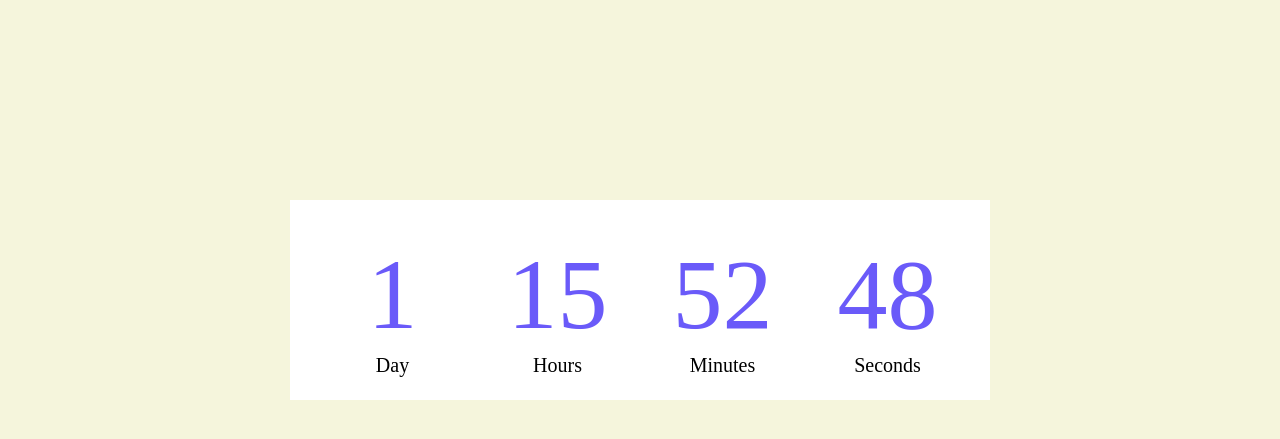
Repository: tienbkvn0605/counddown-demo
Page: index.html
These files come from the project's save history. The page is drawn as it stood at one moment and after the next save; the edit follows.
The browser window is 1280 px wide. The pictures show the whole page.

Above is the page before, as saved 2022-10-05 00:11:05.

### index.html
<!DOCTYPE html>
<html lang="en">
  <head>
    <meta charset="UTF-8" />
    <meta http-equiv="X-UA-Compatible" content="IE=edge" />
    <meta name="viewport" content="width=device-width, initial-scale=1.0" />
    <link rel="stylesheet" href="resetcss.css" />
    <link rel="stylesheet" href="style.css" />
    <title>Document</title>
  </head>
  <body>
    <ul class="countdown">
      <li>
        <span class="number days">0</span>
        <span class="text">Day</span>
      </li>
      <li>
        <span class="number hours">0</span>
        <span class="text">Hours</span>
      </li>
      <li>
        <span class="number minutes">0</span>
        <span class="text">Minutes</span>
      </li>
      <li>
        <span class="number seconds">0</span>
        <span class="text">Seconds</span>
      </li>
    </ul>
  </body>
  <script src="app.js"></script>
</html>

### resetcss.css
*,
*::before,
*::after {
  box-sizing: border-box;
}
* {
  margin: 0;
  padding: 0;
  font: inherit;
}
body {
  line-height: 1.5;
}
img,
picture,
video,
canvas,
svg {
  display: block;
  max-width: 100%;
}
input,
button,
textarea,
select {
  outline: none;
}
p,
h1,
h2,
h3,
h4,
h5,
h6 {
  overflow-wrap: break-word;
}

### style.css
body {
  background-color: beige;
}
ul {
  list-style: none;
}
.countdown {
  width: 700px;
  height: 200px;
  margin: 200px auto;
  background-color: white;
  display: grid;
  grid-template-columns: repeat(4, 1fr);
  padding: 20px;
}
.countdown li {
  display: flex;
  align-items: center;
  flex-direction: column;
}
.number {
  font-size: 100px;
  color: #6a5af9;
  margin-bottom: -20px;
}
.text {
  font-size: 20px;
}

### app.js
window.addEventListener("load", function () {
  const daysTimer = document.querySelector(".days");
  const hoursTimer = document.querySelector(".hours");
  const minutesTimer = document.querySelector(".minutes");
  const secondsTimer = document.querySelector(".seconds");

  //Tue Oct 06 2022 23:33:35 GMT+0900 (Japan Standard Time)

  function countDown(date) {
    let day, hour, minute, second;
    const now = new Date();
    const startDate = now.getTime();
    const endDate = new Date(date).getTime();
    let timeRemaning = parseInt((endDate - startDate) / 1000); //miliseconds to seconds
    if (timeRemaning > 0) {
      // 1 day = 24 * 60 * 60 = 86400 seconds
      day = parseInt(timeRemaning / 86400);
      timeRemaning = timeRemaning % 86400;
      //1 hour = 60 * 60
      hour = parseInt(timeRemaning / 3600);
      timeRemaning = timeRemaning % 3600;
      minute = parseInt(timeRemaning / 60);
      timeRemaning = timeRemaning % 60;
      second = parseInt(timeRemaning);
      daysTimer.textContent = day;
      hoursTimer.textContent = hour;
      minutesTimer.textContent = minute;
      secondsTimer.textContent = `0${second}`.slice(-2);
    } else {
      return;
    }
  }
  setInterval(function () {
    countDown("Wed Oct 07 2022 00:08:58 GMT+0900 (Japan Standard Time)");
  }, 1000);
});

After the next save:
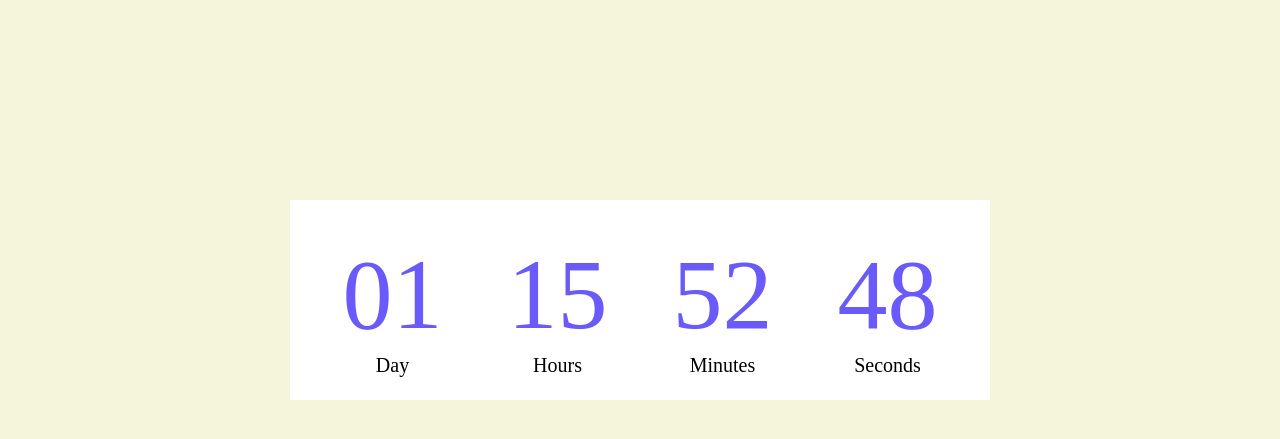
Saved 70 s later.
--- a/app.js
+++ b/app.js
@@ -22,9 +22,9 @@ window.addEventListener("load", function () {
       minute = parseInt(timeRemaning / 60);
       timeRemaning = timeRemaning % 60;
       second = parseInt(timeRemaning);
-      daysTimer.textContent = day;
-      hoursTimer.textContent = hour;
-      minutesTimer.textContent = minute;
+      daysTimer.textContent = `0${day}`.slice(-2);
+      hoursTimer.textContent = `0${hour}`.slice(-2);
+      minutesTimer.textContent = `0${minute}`.slice(-2);
       secondsTimer.textContent = `0${second}`.slice(-2);
     } else {
       return;
